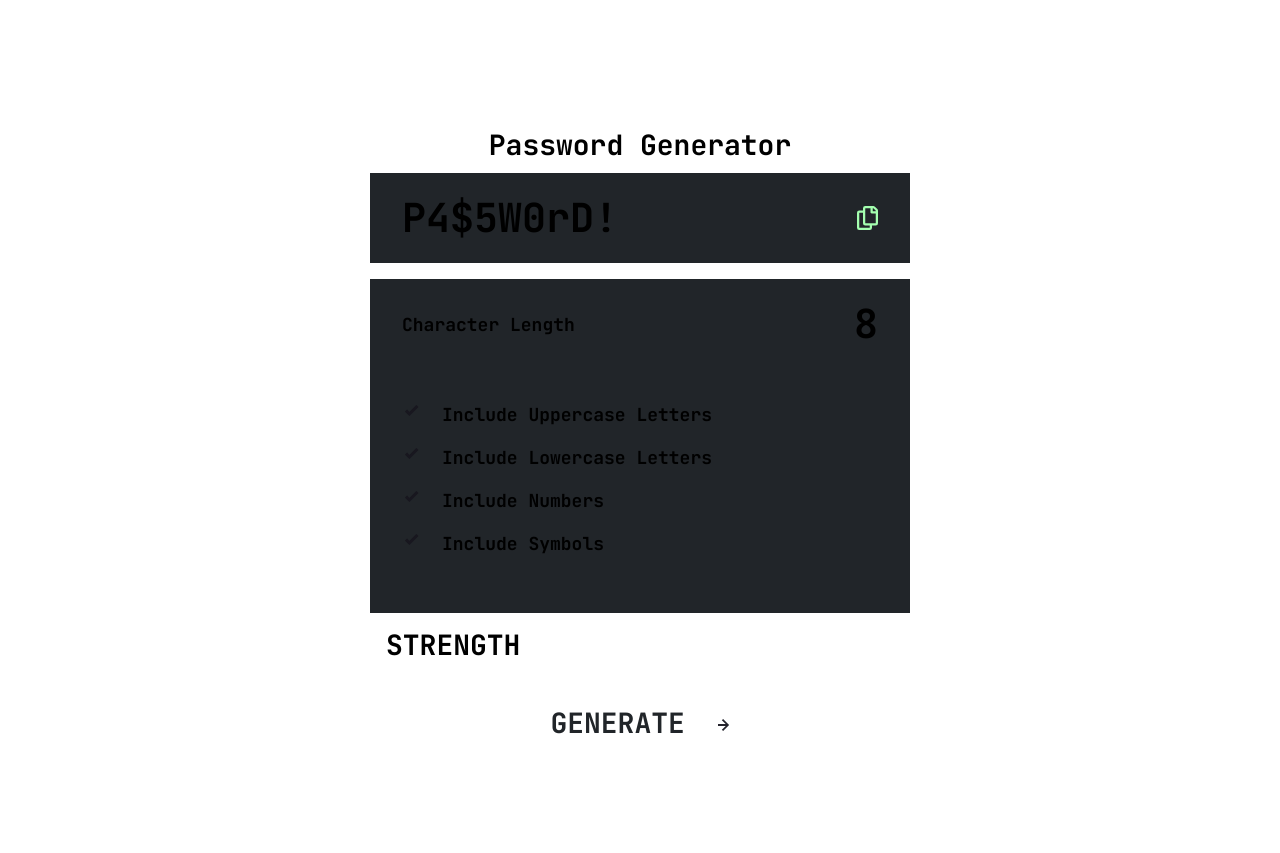
Repository: blordeus/password-generator-app
Page: starter-code/index.html
An editor plug-in stored every save of this project. The page is shown before and after the next save, followed by the edit.
The browser window is 1280 px wide. The pictures show the whole page.

Above is the page before, as saved 2023-10-05 20:43:31.

### starter-code/index.html
<!DOCTYPE html>
<html lang="en">
<head>
  <meta charset="UTF-8">
  <meta name="viewport" content="width=device-width, initial-scale=1.0">
  <link href="https://cdn.jsdelivr.net/npm/bootstrap@5.3.2/dist/css/bootstrap.min.css" rel="stylesheet" integrity="sha384-T3c6CoIi6uLrA9TneNEoa7RxnatzjcDSCmG1MXxSR1GAsXEV/Dwwykc2MPK8M2HN" crossorigin="anonymous">
  <script src="https://cdn.jsdelivr.net/npm/bootstrap@5.3.2/dist/js/bootstrap.bundle.min.js" integrity="sha384-C6RzsynM9kWDrMNeT87bh95OGNyZPhcTNXj1NW7RuBCsyN/o0jlpcV8Qyq46cDfL" crossorigin="anonymous" defer></script>
  <script src="index.js" defer></script>
  <link rel="icon" type="image/png" sizes="32x32" href="./assets/images/favicon-32x32.png">
  <link rel="stylesheet" href="./assets/style.css">
  <link href="https://fonts.googleapis.com/css2?family=JetBrains+Mono:wght@700&display=swap" rel="stylesheet">
  <title>Frontend Mentor | Password generator app</title>
</head>
<body class="bg-dar">
<main class="main">

    <h1 class="fs-3 title text-grey">Password Generator</h1>

    <div class="field bg-dark fs-1 flex">
      <p id="fieldText" class="fieldText text-grey">P4$5W0rD!</p>
      <div class="copy flex">
        <p id="copyMsg" class="fs-3 uppercase text-green">copied</p>
        <img id="copyIcon" class="copyIcon" src="./assets/images/icon-copy.svg" alt="">
      </div>
    </div>

    <div class="options bg-dark">
      <label for="slider" class="sliderLabel flex">Character Length <span class="sliderValue fs-1 text-green" id="sliderValue"></span></label>
      <input type="range" class="slider" name="slider" id="slider" min="5" max="15" value="8">
      <div class="checkboxes flex">
        <label for="inclUppercase" class="checkboxLabel" id="inclUppercase">
          <input type="checkbox" name="inclUppercase" id="inclUppercase">
          Include Uppercase Letters
          <span class="checkmark"><img src="./assets/images/icon-check.svg" alt="checked-icon"></span>
        </label>
        <label for="" class="checkboxLabel">
          <input type="checkbox" name="inclLowercase" id="inclLowercase">
          Include Lowercase Letters
          <span class="checkmark"><img src="./assets/images/icon-check.svg" alt="checked-icon"></span>
        </label>
        <label for="" class="checkboxLabel">
          <input type="checkbox" name="inclNumbers" id="inclNumbers">
          Include Numbers
          <span class="checkmark"><img src="./assets/images/icon-check.svg" alt="checked-icon"></span>
        </label>
        <label for="" class="checkboxLabel">
          <input type="checkbox" name="inclSymbols" id="inclSymbols">
          Include Symbols
          <span class="checkmark"><img src="./assets/images/icon-check.svg" alt="checked-icon"></span>
        </label>

      </div>

    </div>
    <div class="strength flex">
      <h2 class="fs-3 text-grey uppercase">Strength</h2>
      <div class="strengthLvl flex">
        <p class="fs-2 text-white uppercase" id="levelTxt">weak</p>
        <div id="bar1" class="bars bar1"></div>
        <div id="bar2" class="bars bar2"></div>
        <div id="bar3" class="bars bar3"></div>
        <div id="bar4" class="bars bar4"></div>
      </div>
    </div>

    <div class="flex">
      <button id="generateBtn" class="uppercase fs-3 bg-green text-dark button">Generate <svg width="12" height="12" xmlns="http://www.w3.org/2000/svg"><path fill="#24232C" d="m5.106 12 6-6-6-6-1.265 1.265 3.841 3.84H.001v1.79h7.681l-3.841 3.84z"/></svg></button>
    </div>

    <p id="alert" class="fs-3 alert">Please select one or more options</p>
</main>

</body>
</html>

### starter-code/assets/style.css
/* ------------------- */
/* Custom properties   */

/* ------------------- */

:root {
    /* colors */
    --clr-darkGrey: hsl(248 10% 15%);
    --clr-grey: hsl(251 9% 53%);
    --clr-almostWhite: hsl(252 11% 91%);
    --clr-veryDarkGrey: hsl(248 15% 11%);
    --clr-neonGreen: hsl(127 100% 82%);
    --clr-red: hsl(0 91% 63%);
    --clr-orange: hsl(13 95% 66%);
    --clr-yellow: hsl(42 91% 68%);

    /* font-sizes */
    --fs-1: 1.5rem;
    --fs-2: 1.125rem;
    --fs-3: 1rem;
  }

  @media (min-width: 35em) {
    :root {
      --fs-1: 2rem;
      --fs-2: 1.5rem;
      --fs-3: 1.125rem;
    }
  }

  /* ------------------- */
  /* Reset               */
  /* ------------------- */

  /* https://piccalil.li/blog/a-modern-css-reset/ */

  /* Box sizing */
  *,
  *::before,
  *::after {
    box-sizing: border-box;
  }

  /* Reset margins */
  body,
  h1,
  h2,
  h3,
  h4,
  h5,
  p,
  figure,
  picture {
    margin: 0;
  }

  h1,
  h2,
  h3,
  h4,
  h5,
  h6,
  p {
    font-weight: 400;
  }

  /* set up the body */
  body {
    font-family: "JetBrains Mono", monospace;
    font-size: var(--fs-3);
    font-weight: 700;
    color: hsl(var(--clr-almostWhite));
    background-color: hsl(var(--clr-veryDarkGrey));
    min-height: 100vh;

    overflow-x: hidden;
  }

  /* make images easier to work with */
img,
picture {
  max-width: 100%;
  display: block;
}

/* make form elements easier to work with */
input,
button,
textarea,
select {
  font: inherit;
}

/* Utility classes     */
/* ------------------- */

/* general */

.flex {
    display: flex;
  }

  .grid {
    display: grid;
  }

  .d-block {
    display: block;
  }

  .flow > *:where(:not(:first-child)) {
    margin-top: var(--flow-space, 1rem);
  }

  .sr-only {
    position: absolute;
    width: 1px;
    height: 1px;
    padding: 0;
    margin: -1px;
    overflow: hidden;
    clip: rect(0, 0, 0, 0);
    white-space: nowrap; /* added line */
    border: 0;
  }


/* colors */

.bg-veryDark {
    background-color: hsl(var(--clr-veryDarkGrey));
  }
  .bg-dark {
    background-color: hsl(var(--clr-darkGrey));
  }
  .bg-white {
    background-color: hsl(var(--clr-almostWhite));
  }
  .bg-green {
    background-color: hsl(var(--clr-neonGreen));
  }
  .bg-yellow {
    background-color: hsl(var(--clr-yellow));
  }
  .bg-orange {
    background-color: hsl(var(--clr-orange));
  }
  .bg-red {
    background-color: hsl(var(--clr-red));
  }

  .text-grey {
    color: hsl(var(--clr-grey));
  }
  .text-white {
    color: hsl(var(--clr-almostWhite));
  }
  .text-dark {
    color: hsl(var(--clr-darkGrey));
  }
  .text-green {
    color: hsl(var(--clr-neonGreen));
  }
  .text-red {
    color: hsl(var(--clr-red));
  }

/* typography */

.uppercase {
    text-transform: uppercase;
  }

  .fs-1 {
    font-size: var(--fs-1);
    line-height: 2rem;
  }

  .fs-2 {
    font-size: var(--fs-2);
    line-height: 1.485rem;
  }

  .fs-3 {
    font-size: var(--fs-3);
    line-height: 1.32rem;
  }

  @media (min-width: 35em) {
    .fs-1 {
      line-height: 2.64rem;
    }

    .fs-2 {
      line-height: 1.98rem;
    }

    .fs-3 {
      line-height: 1.485rem;
    }
  }

  /*     Layout     */
/* -------------- */

.main {
    margin-top: 4rem;
    margin-inline: 1rem;
  }

  @media (min-width: 35em) {
    .main {
      max-width: 33.75rem;
      margin-top: 8.3125rem;
      margin-inline: auto;
    }
  }

  .title {
    text-align: center;
    margin-block: 0;
    margin-bottom: 1rem;
  }

  .field {
    padding: 1rem;
    justify-content: space-between;
    align-items: center;
    margin-bottom: 1rem;
  }

  @media (min-width: 35em) {
    .field {
      padding: 1.5rem 2rem;
    }
  }

  .copy {
    gap: 1rem;
    align-items: center;
  }

  #copyMsg {
    display: none;
  }

  .copyIcon:hover {
    cursor: pointer;
  }

  .copyIcon:hover .copyIconPath {
    fill: white;
  }

  .options {
    padding: 1rem;
  }

  @media (min-width: 35em) {
    .options {
      padding: 1.5rem 2rem;
    }
  }

  .sliderLabel {
    justify-content: space-between;
    align-items: center;
  }

  .slider {
    width: 100%;
    margin-top: 1rem;
    margin-bottom: 2rem;
  }

  input[type="range"] {
    -webkit-appearance: none;
    background: hsl(var(--clr-veryDarkGrey));
    accent-color: white;
    cursor: pointer;
    height: 8px;
    background-image: linear-gradient(
      hsl(var(--clr-neonGreen)),
      hsl(var(--clr-neonGreen))
    );
    background-size: 30% 100%;
    background-repeat: no-repeat;
  }

  input[type="range"]::-webkit-slider-thumb {
    height: 28px;
    width: 28px;
    background: hsl(var(--clr-almostWhite));
    -webkit-appearance: none;
    border-radius: 14px;
  }

  input[type="range"]:hover::-webkit-slider-thumb {
    background: hsl(var(--clr-veryDarkGrey));
    border: 2px solid hsl(var(--clr-neonGreen));
    -webkit-appearance: none;
  }

  .checkboxes {
    flex-direction: column;
    gap: 1rem;
    margin-bottom: 2rem;
  }

  /* Customize the label (the container) */
  .checkboxLabel {
    display: block;
    position: relative;
    padding-left: 2.5rem;
    cursor: pointer;
    -webkit-user-select: none;
    -moz-user-select: none;
    -ms-user-select: none;
    user-select: none;
  }

  /* Hide the browser's default checkbox */
  .checkboxLabel input {
    position: absolute;
    opacity: 0;
    cursor: pointer;
    height: 0;
    width: 0;
  }

  /* Create a custom checkbox */
  .checkmark {
    position: absolute;
    top: 0;
    left: 0;
    height: 20px;
    width: 20px;
    background-color: hsl(var(--clr-darkGrey));
    border: 2px solid hsl(var(--clr-almostWhite));
    display: flex;
    justify-content: center;
    align-items: center;
  }

  /* On mouse-over, add a background color */
  .checkboxLabel:hover input ~ .checkmark {
    border-color: hsl(var(--clr-neonGreen));
  }

  /* When the checkbox is checked, add a background */
  .checkboxLabel input:checked ~ .checkmark {
    background-color: hsl(var(--clr-neonGreen));
    border-color: hsl(var(--clr-neonGreen));
  }

  /* Create the checkmark/indicator (hidden when not checked) */
  .checkmark:after {
    content: "";
    position: absolute;
    display: none;
  }

  /* Show the checkmark when checked */
  .checkboxLabel input:checked ~ .checkmark:after {
    display: block;
  }

  .strength {
    background-color: hsl(var(--clr-veryDarkGrey));
    padding: 1rem;
    justify-content: space-between;
    align-items: center;
    margin-bottom: 1rem;
  }

  .strengthLvl {
    align-items: center;
  }

  .strengthLvl p {
    margin-right: 0.5rem;
  }

  .bars {
    width: 10px;
    height: 28px;
    border: 2px solid hsl(var(--clr-almostWhite));
    margin-left: 0.5rem;
  }

  .button {
    width: 100%;
    padding-top: 1.125rem;
    padding-bottom: 1.125rem;
    border: 2px solid hsl(var(--clr-neonGreen));
  }

  .button:hover {
    background-color: hsl(var(--clr-darkGrey));
    color: hsl(var(--clr-neonGreen));
    cursor: pointer;
  }

  .button svg {
    margin-left: 1rem;
  }

  .button:hover path {
    fill: hsl(var(--clr-neonGreen));
  }

  .alert {
    display: none;
    text-align: center;
    color: hsl(var(--clr-red));
  }

  /*  Level Classes */

  .tooWeak {
    background-color: hsl(var(--clr-red));
    border: 2px solid hsl(var(--clr-red));
  }

  .weak {
    background-color: hsl(var(--clr-orange));
    border: 2px solid hsl(var(--clr-orange));
  }

  .medium {
    background-color: hsl(var(--clr-yellow));
    border: 2px solid hsl(var(--clr-yellow));
  }

  .strong {
    background-color: hsl(var(--clr-neonGreen));
    border: 2px solid hsl(var(--clr-neonGreen));
  }

### starter-code/index.js
const sliderValue = document.getElementById("sliderValue");
const slider = document.getElementById("slider");
const rangeInputs = document.querySelectorAll('input[type="range"]');
const bar1 = document.getElementById("bar1");
const bar2 = document.getElementById("bar2");
const bar3 = document.getElementById("bar3");
const bar4 = document.getElementById("bar4");

/* slider */
sliderValue.innerHTML = slider.value;
bar1.classList.add("weak");
bar2.classList.add("weak");

slider.oninput = function () {
  sliderValue.innerHTML = this.value;

  /* Strength */

  const levelTxt = document.getElementById("levelTxt");

  if (slider.value < 7) {
    levelTxt.innerHTML = "too weak!";
    bar1.classList.remove("tooWeak", "weak", "medium", "strong");
    bar2.classList.remove("tooWeak", "weak", "medium", "strong");
    bar3.classList.remove("tooWeak", "weak", "medium", "strong");
    bar4.classList.remove("tooWeak", "weak", "medium", "strong");
    bar1.classList.remove("weak");
    bar1.classList.add("tooWeak");
  }

  if (slider.value < 9 && slider.value >= 7) {
    levelTxt.innerHTML = "weak";
    bar1.classList.remove("tooWeak", "weak", "medium", "strong");
    bar2.classList.remove("tooWeak", "weak", "medium", "strong");
    bar3.classList.remove("tooWeak", "weak", "medium", "strong");
    bar4.classList.remove("tooWeak", "weak", "medium", "strong");
    bar1.classList.add("weak");
    bar2.classList.add("weak");
  }

  if (slider.value < 11 && slider.value >= 9) {
    levelTxt.innerHTML = "medium";
    bar1.classList.remove("tooWeak", "weak", "medium", "strong");
    bar2.classList.remove("tooWeak", "weak", "medium", "strong");
    bar3.classList.remove("tooWeak", "weak", "medium", "strong");
    bar4.classList.remove("tooWeak", "weak", "medium", "strong");
    bar1.classList.add("medium");
    bar2.classList.add("medium");
    bar3.classList.add("medium");
  }

  if (slider.value >= 11) {
    levelTxt.innerHTML = "strong";
    bar1.classList.remove("tooWeak", "weak", "medium", "strong");
    bar2.classList.remove("tooWeak", "weak", "medium", "strong");
    bar3.classList.remove("tooWeak", "weak", "medium", "strong");
    bar4.classList.remove("tooWeak", "weak", "medium", "strong");
    bar1.classList.add("strong");
    bar2.classList.add("strong");
    bar3.classList.add("strong");
    bar4.classList.add("strong");
  }
};

function handleInputChange(e) {
  let target = e.target;

  const min = target.min;
  const max = target.max;
  const val = target.value;

  target.style.backgroundSize = ((val - min) * 100) / (max - min) + "% 100%";
}

rangeInputs.forEach((input) => {
  input.addEventListener("input", handleInputChange);
});

/*    Copy to clipboard */
const copyIcon = document.getElementById("copyIcon");
const copyMsg = document.getElementById("copyMsg");

copyIcon.addEventListener("click", copyField);

function copyField() {
  /* Get the text field */
  var copyText = document.getElementById("fieldText").innerHTML;

  /* Copy the text inside the text field */
  navigator.clipboard.writeText(copyText);

  copyMsg.style.display = "initial";
}

/* Generate Password */

const generateBtn = document.getElementById("generateBtn");
generateBtn.addEventListener("click", generate);
const fieldText = document.getElementById("fieldText");

function generate(length) {
  const uppercase = document.getElementById("inclUppercase");
  const lowercase = document.getElementById("inclLowercase");
  const numbers = document.getElementById("inclNumber");
  const symbols = document.getElementById("inclSymbol");
  const alert = document.getElementById("alert");

  if (
    uppercase.checked === false &&
    lowercase.checked === false &&
    numbers.checked === false &&
    symbols.checked === false
  ) {
    alert.style.display = "block";
  } else {
    const uppercaseChars = "ABCDEFGHIJKLMNOPQRSTUVWXYZ";
    const lowercaseChars = "abcdefghijklmnopqrstuvwxyz";
    const numbersChars = "0123456789";
    const symbolsChars = "@#&(§!-)^$*%+=/?";

    let chars = "";
    var length = slider.value;

    if (uppercase.checked === true) {
      chars += uppercaseChars;
    }
    if (lowercase.checked === true) {
      chars += lowercaseChars;
    }
    if (numbers.checked === true) {
      chars += numbersChars;
    }
    if (symbols.checked === true) {
      chars += symbolsChars;
    }

    let password = "";
    let passwordLength = length;
    const array = new Uint32Array(length); // Create 'unsigned' array
    window.crypto.getRandomValues(array);
    for (let i = 0; i < passwordLength; i++) {
      password += chars[array[i] % chars.length]; // % operator returns remainder of division
    }

    fieldText.innerHTML = password;
    fieldText.style.color = "hsl( var(--clr-almostWhite) )";
    copyMsg.style.display = "none";
    alert.style.display = "none";

    return password;
  }
}

After the next save:
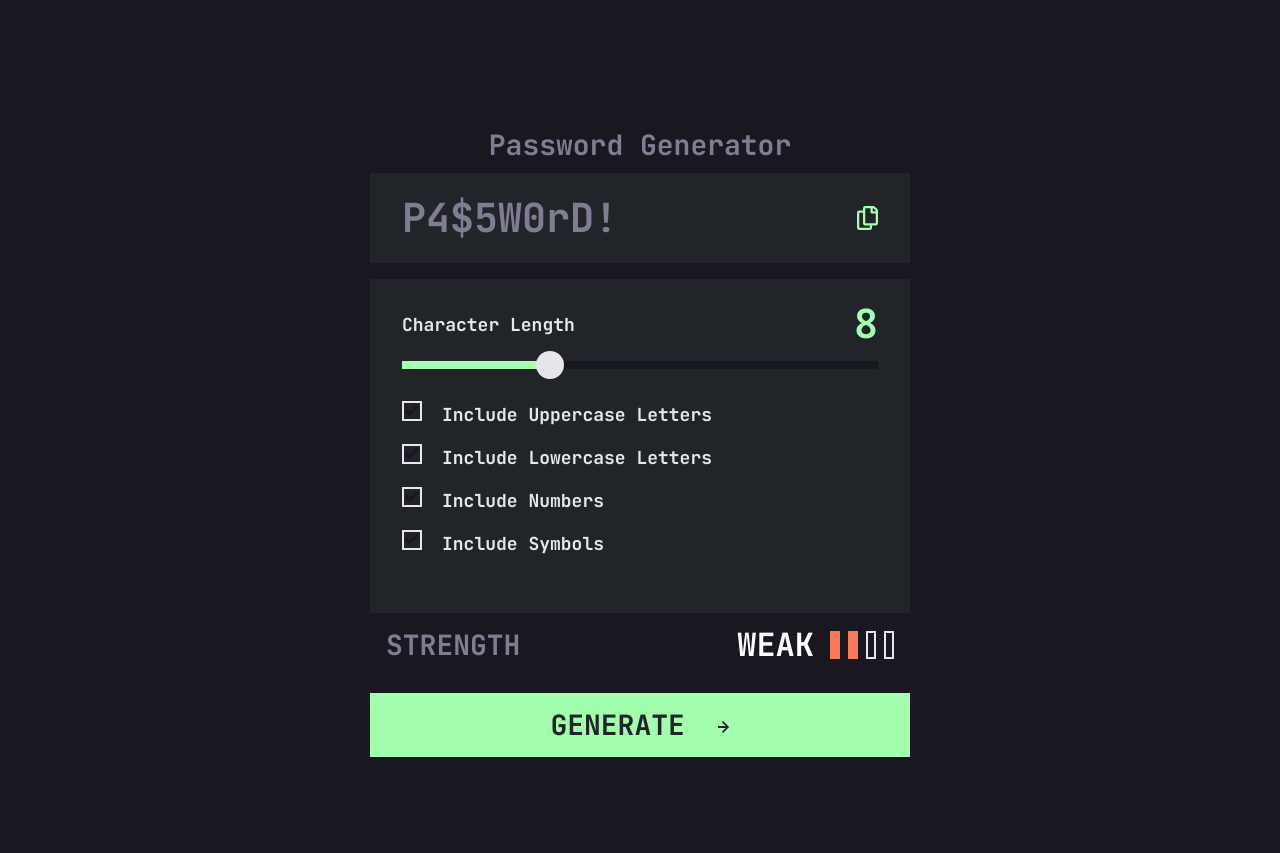
Saved 11 s later.
--- a/starter-code/assets/style.css
+++ b/starter-code/assets/style.css
@@ -1,18 +1,17 @@
 /* ------------------- */
 /* Custom properties   */
-
 /* ------------------- */
 
 :root {
     /* colors */
-    --clr-darkGrey: hsl(248 10% 15%);
-    --clr-grey: hsl(251 9% 53%);
-    --clr-almostWhite: hsl(252 11% 91%);
-    --clr-veryDarkGrey: hsl(248 15% 11%);
-    --clr-neonGreen: hsl(127 100% 82%);
-    --clr-red: hsl(0 91% 63%);
-    --clr-orange: hsl(13 95% 66%);
-    --clr-yellow: hsl(42 91% 68%);
+    --clr-darkGrey: 248 10% 15%;
+    --clr-grey: 251 9% 53%;
+    --clr-almostWhite: 252 11% 91%;
+    --clr-veryDarkGrey: 248 15% 11%;
+    --clr-neonGreen: 127 100% 82%;
+    --clr-red: 0 91% 63%;
+    --clr-orange: 13 95% 66%;
+    --clr-yellow: 42 91% 68%;
 
     /* font-sizes */
     --fs-1: 1.5rem;
